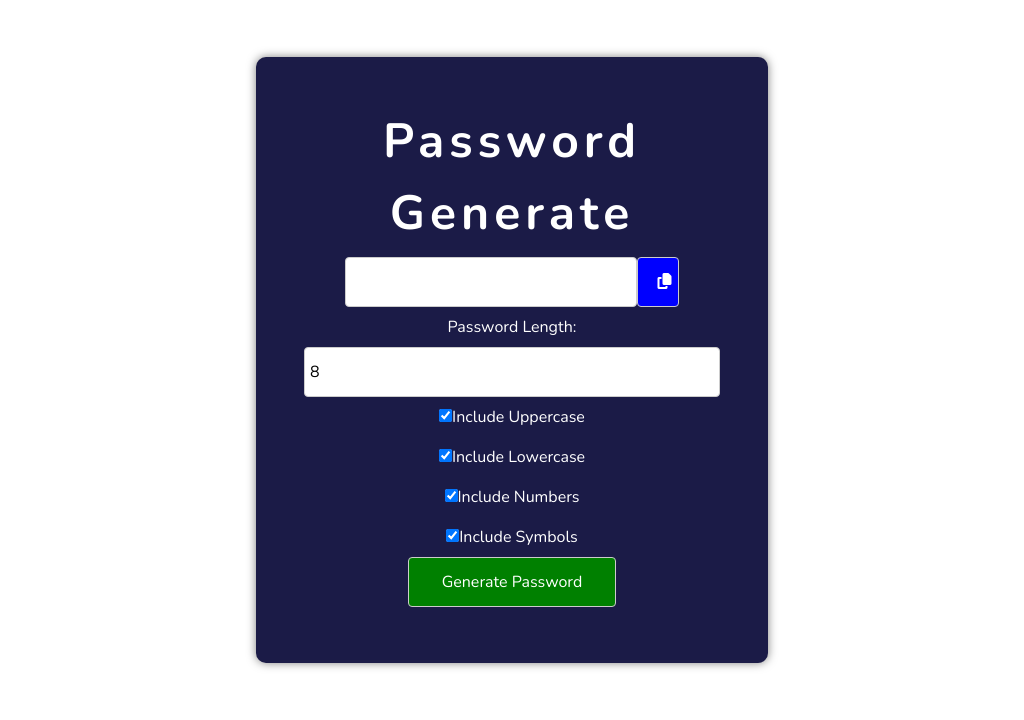
Repository: sriram1224/Password-generator
Page: / (app in password-generator/)
An editor plug-in stored every save of this project. The page is shown before and after the next save, followed by the edit.
The browser window is 1024 px wide. The pictures show the whole page.
Some web fonts or font styles are not loaded; a fallback is used. Some web libraries are served in a nearby version. The project was rebuilt for these pictures with package versions that can differ from the ones it lists, and the page was loaded fresh each time.

Above is the page before, as saved 2024-03-10 22:46:26.

### password-generator/public/index.html
<!DOCTYPE html>
<html lang="en">

<head>
  <meta charset="utf-8" />
  <link rel="icon" href="%PUBLIC_URL%/favicon.ico" />
  <meta name="viewport" content="width=device-width, initial-scale=1" />
  <meta name="theme-color" content="#000000" />
  <meta name="description" content="Web site created using create-react-app" />

  <link rel="apple-touch-icon" href="%PUBLIC_URL%/logo192.png" />
  <link rel="stylesheet" href="https://cdnjs.cloudflare.com/ajax/libs/font-awesome/6.5.1/css/all.min.css"
    integrity="sha512-DTOQO9RWCH3ppGqcWaEA1BIZOC6xxalwEsw9c2QQeAIftl+Vegovlnee1c9QX4TctnWMn13TZye+giMm8e2LwA=="
    crossorigin="anonymous" referrerpolicy="no-referrer" />


  <title>Password Generator App</title>
</head>

<body>
  <noscript>You need to enable JavaScript to run this app.</noscript>
  <div id="root"></div>
  <script src="https://cdn.tailwindcss.com"></script>
</body>

</html>

### password-generator/src/App.js
import PasswordGenerator from './Components/content.js';
import './App.css';

function App() {
  return (
    <div className="App">
       <PasswordGenerator />

    </div>
  );
}

export default App;

### password-generator/src/Components/content.js
import React, { useState } from 'react';
import "./content.css"
const PasswordGenerator = () => {
  const [includeUppercase, setIncludeUppercase] = useState(true);

    const [includeLowercase, setIncludeLowercase] = useState(true);
  const [includeNumbers, setIncludeNumbers] = useState(true);

    const [includeSymbols, setIncludeSymbols] = useState(true);
  const [password, setPassword] = useState('');
  const [passwordLength, setPasswordLength] = useState(8);

  const generatePassword = () => {


      const uppercaseChars = 'ABCDEFGHIJKLMNOPQRSTUVWXYZ';
    const lowercaseChars = 'abcdefghijklmnopqrstuvwxyz';
    const numberChars = '0123456789';

      const symbolChars = '!@#$%^&*()_+-=[]{}|;:,.<>?';

    let chars = '';
    if (includeUppercase) chars += uppercaseChars;

      if (includeLowercase) chars += lowercaseChars;
    if (includeNumbers) chars += numberChars;

      if (includeSymbols) chars += symbolChars;

    let generatedPassword = '';

      for (let i = 0; i < passwordLength; i++) {
      const randomIndex = Math.floor(Math.random() * chars.length);
      generatedPassword += chars[randomIndex];
    }

      setPassword(generatedPassword);
  };

  const copyToClipboard = () => {
    navigator.clipboard.writeText(password);
  };

  return (
    <div class="main">

      <h1>Password Generate</h1>
      <div>
        <input type="text" readOnly value={password} class="text-input"	 />
        <button onClick={copyToClipboard} class="copy"><i class="fa-solid fa-copy"></i></button>
          </div>
          <div>
        <label>
                  Password Length:
                  <br></br>
          <input type="number" value={passwordLength} class="input-numbers" onChange={(e) => setPasswordLength(parseInt(e.target.value))} />
        </label>
          </div>
          <div class="checkboxed">
               <div>
        <label>
          <input type="checkbox" checked={includeUppercase} onChange={() => setIncludeUppercase(!includeUppercase)} />
          Include Uppercase
        </label>
      </div>
      <div>
        <label>
          <input type="checkbox" checked={includeLowercase} onChange={() => setIncludeLowercase(!includeLowercase)} />
          Include Lowercase
        </label>
      </div>
      <div>
        <label>
          <input type="checkbox" checked={includeNumbers} onChange={() => setIncludeNumbers(!includeNumbers)} />
          Include Numbers
        </label>
      </div>
      <div>
        <label>
          <input type="checkbox" checked={includeSymbols} onChange={() => setIncludeSymbols(!includeSymbols)} />
          Include Symbols
        </label>
              </div>
            </div>

          <button onClick={generatePassword} class="generate">Generate Password</button>
    </div>
  );
};

export default PasswordGenerator;

### password-generator/src/Components/content.css

@import url('https://fonts.googleapis.com/css2?family=Noto+Sans:ital,wght@0,100..900;1,100..900&family=Nunito:ital,wght@0,200..1000;1,200..1000&family=Protest+Revolution&display=swap');
*{
    margin: 0;
    padding: 0;
    box-sizing: border-box;
    font-family: 'Nunito', sans-serif;
}
.text-input{
    width: 70%;
    padding: 12px 20px;
    margin: 8px 0;
    display: inline-block;
    border: 1px solid #ccc;
    border-radius: 4px;
    box-sizing: border-box;
    color: black;
}
.copy{
    width: 10%;
    padding: 12px 20px;
    margin: 8px 0;
    display: inline-block;
    border: 1px solid #ccc;
    border-radius: 4px;
    box-sizing: border-box;
    background-color: blue;
    color: white;
}
.checkboxed{
    display: flex;
    gap: 2rem;
}
.generate{

    padding: 12px 20px;
    margin: 8px 0;
    display: inline-block;
    border: 1px solid #ccc;
    border-radius: 4px;
    box-sizing: border-box;
    background-color: green;
    color: white;
}
.input-numbers{
    width: 8%;
    padding: 12px 5px;
    color: black;
    margin: 8px 0;
    display: inline-block;
    border: 1px solid #ccc;
    border-radius: 4px;
    box-sizing: border-box;
}
@media screen and (max-width: 1100px) {


    .generate
     {
        width: 50%;
    }
        .input-numbers{
            width: 100%;
        }
    .checkboxed {
        flex-direction: column;
        gap: 1rem;
    }
}
.main {
    padding: 3rem;
    border-radius:10px;
    background-color:rgb(27, 27, 71);
    color:white;
    box-shadow: 0px 0px 10px rgba(0, 0, 0, 0.5);
    /* Adjust as needed */
    position: absolute;
    top: 50%;
    left: 50%;
    transform: translate(-50%, -50%);
    /* Add width and height if necessary */
}
.main h1{
    font-size: 3rem;
    letter-spacing: 5px;
    font-weight: 700;
}

Loaded but not shown: password-generator/src/index.js (common file); password-generator/src/index.css (common file); password-generator/src/reportWebVitals.js (common file); password-generator/src/App.css (common file)

After the next save:
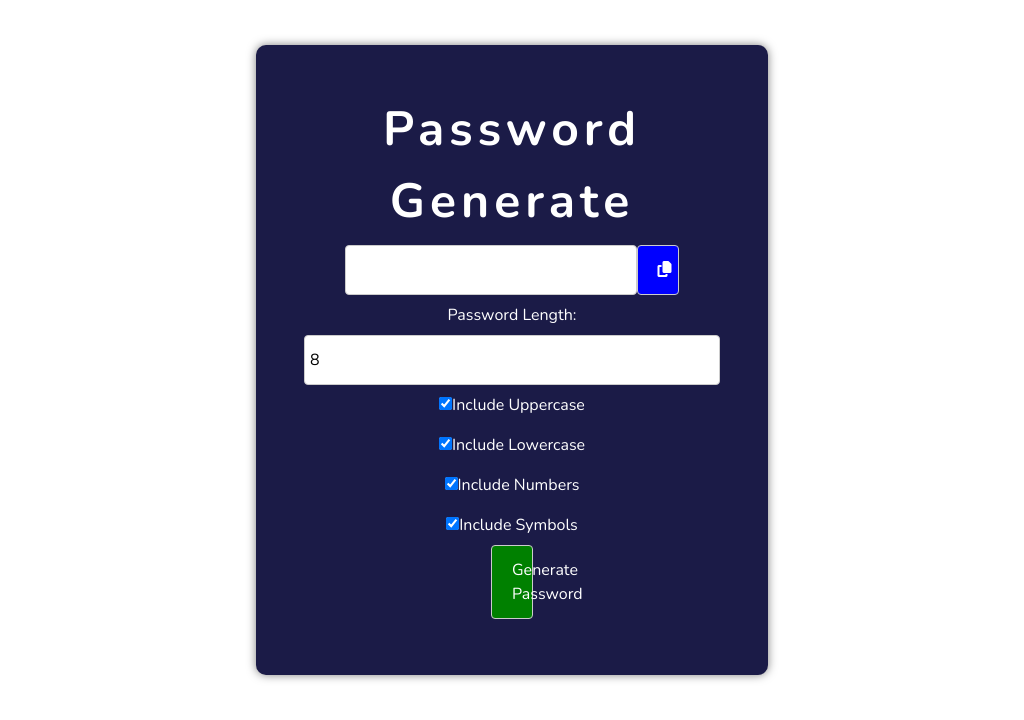
Saved 7 s later.
--- a/password-generator/src/Components/content.css
+++ b/password-generator/src/Components/content.css
@@ -57,7 +57,7 @@
 
     .generate
      {
-        width: 50%;
+        width: 10%;
     }
         .input-numbers{
             width: 100%;
